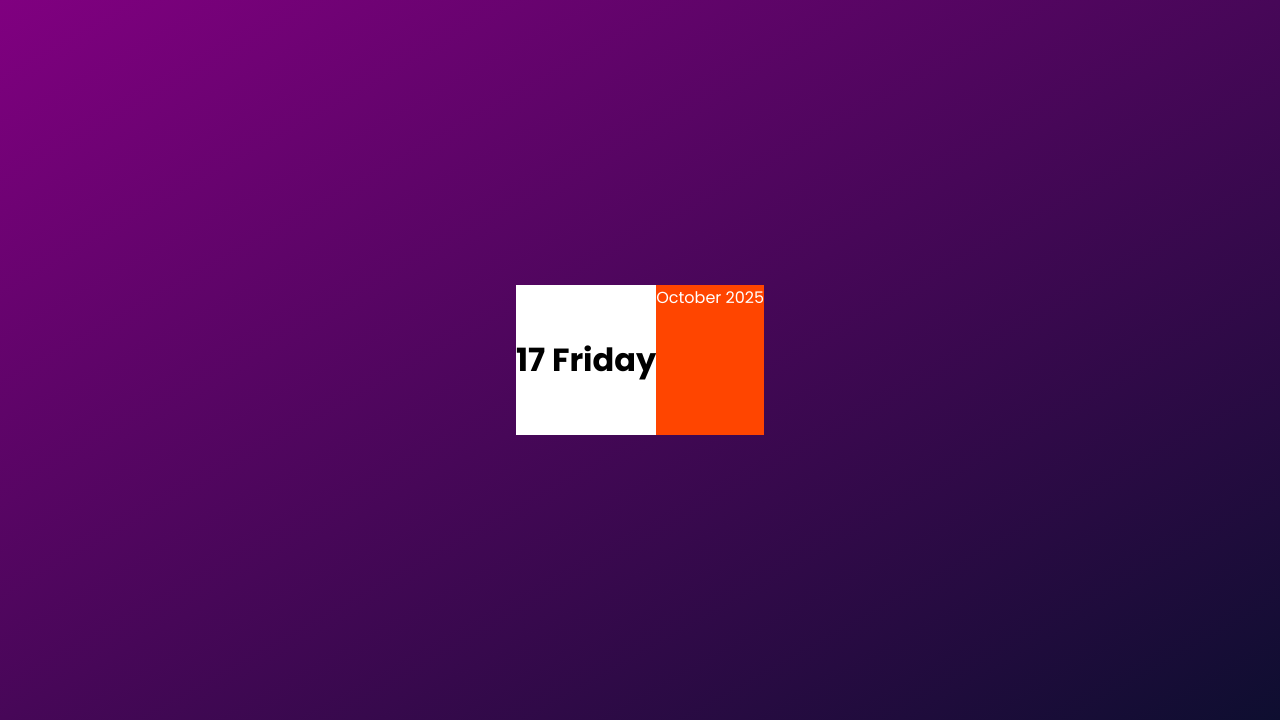
Repository: Ankitkr2021/Calendar
Page: index.html
These files come from the project's save history. The page is drawn as it stood at one moment and after the next save; the edit follows.
The browser window is 1280 px wide. The pictures show the whole page.

Above is the page before, as saved 2025-10-17 19:22:30.

### index.html
<!DOCTYPE html>
<html lang="en">
<head>
    <meta charset="UTF-8">
    <meta name="viewport" content="width=device-width, initial-scale=1.0">
    <title>Document</title>
    <link rel="stylesheet" href="./style.css">
</head>
<body>
    <div class="box">
        <div class="date"><h1>17 Friday</h1></div>
        <div class="month">October 2025</div>
    </div>
</body>
</html>

### style.css
@import url('https://fonts.googleapis.com/css2?family=Poppins:wght@100;200;300;400;500;600;700;800;900&display=swap');

*{
    margin: 0;
    padding: 0;
    box-sizing: border-box;
    font-family: "Poppins",sans-serif;
}

.box {
    display: flex;
    align-items: center;
    justify-content: center;
    height: 100vh;
    background: linear-gradient(to bottom right, purple, rgb(14, 14, 48));
    color: #fff;
}

.date {
    background: #fff;
    color: #000;
    height: 150px;
    display: flex;
    align-items: center;
    justify-content: center;

}

.month{
    background: orangered;
    height: 150px
}

After the next save:
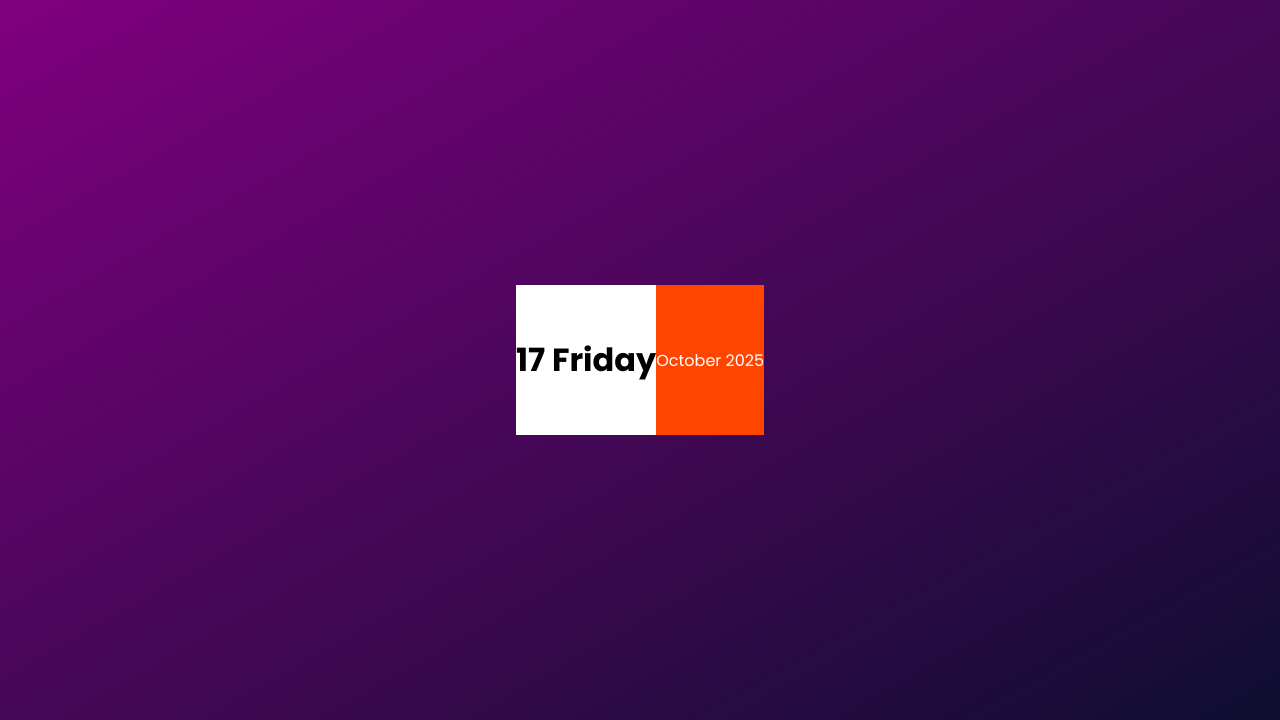
Saved 11 s later.
--- a/style.css
+++ b/style.css
@@ -28,5 +28,8 @@
 
 .month{
     background: orangered;
-    height: 150px
+    height: 150px;
+    display: flex;
+    align-items: center;
+    justify-content: center;
 }
